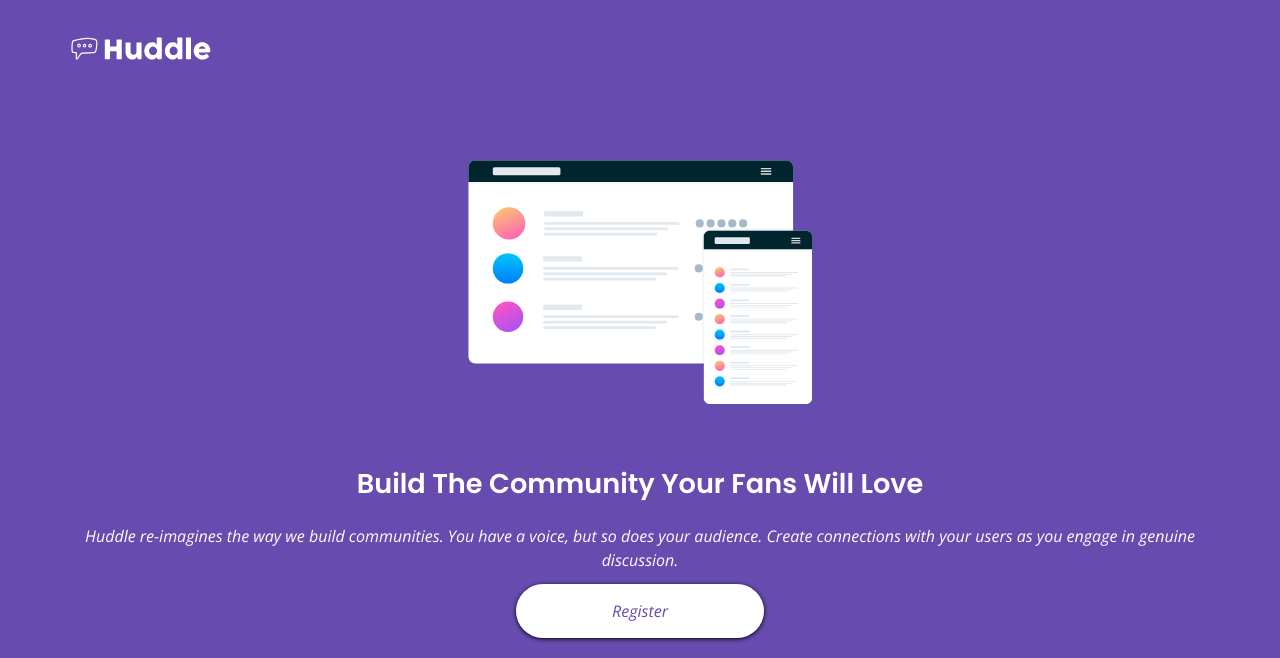
Repository: ivanvqz/huddle-landing-page
Page: index.html
An editor plug-in stored every save of this project. The page is shown before and after a run of saves, followed by the edit.
The browser window is 1280 px wide. The pictures show the part of the page from y = 0 to 658 px (the page is 1043 px tall).
A picture or video elsewhere on the page could not be fetched, so the positions and the page height are approximate.

Above is the page before, as saved 2022-10-19 22:48:08.

After the next 2 saves:
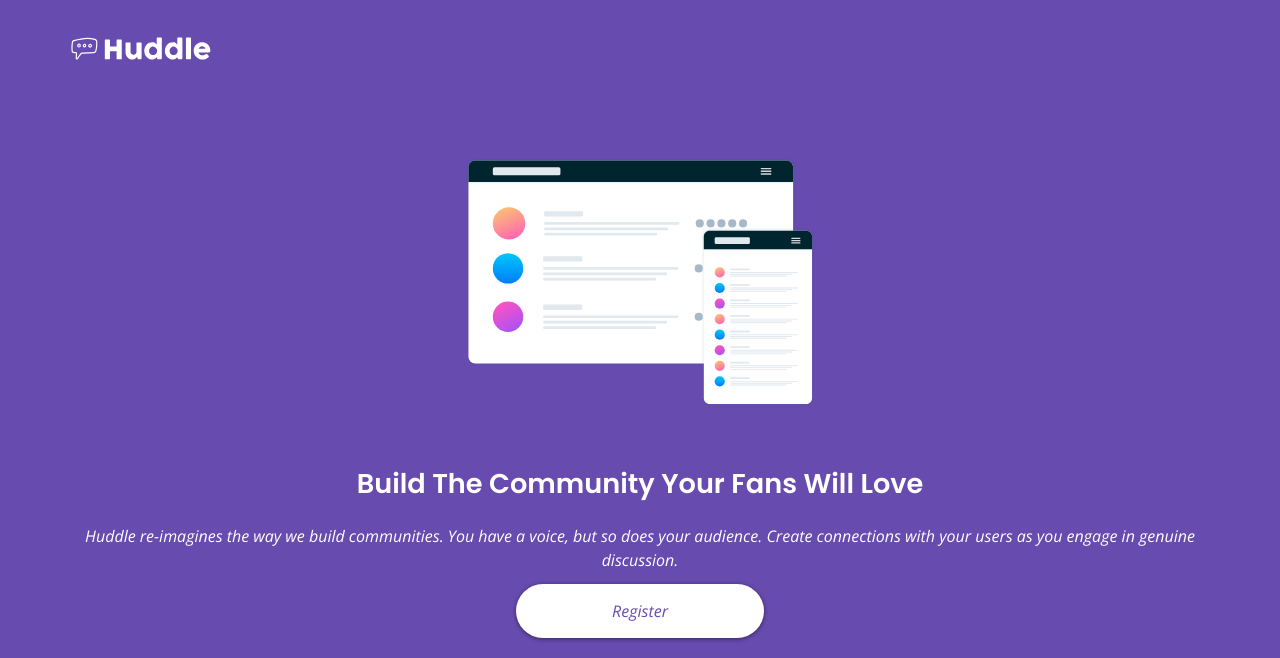
The 2 saves are shown as one change because they came seconds apart.
The last was saved 12 s later.
--- a/css/style.css
+++ b/css/style.css
@@ -75,5 +75,5 @@
     text-decoration: none;
     padding: 1em 6em;
     border-radius: 2em;
-    box-shadow: 0 1px 4px rgba(0, 0, 0, 1.5);
+    box-shadow: 0 1px 4px rgb(0, 0, 0, .5);
 }
